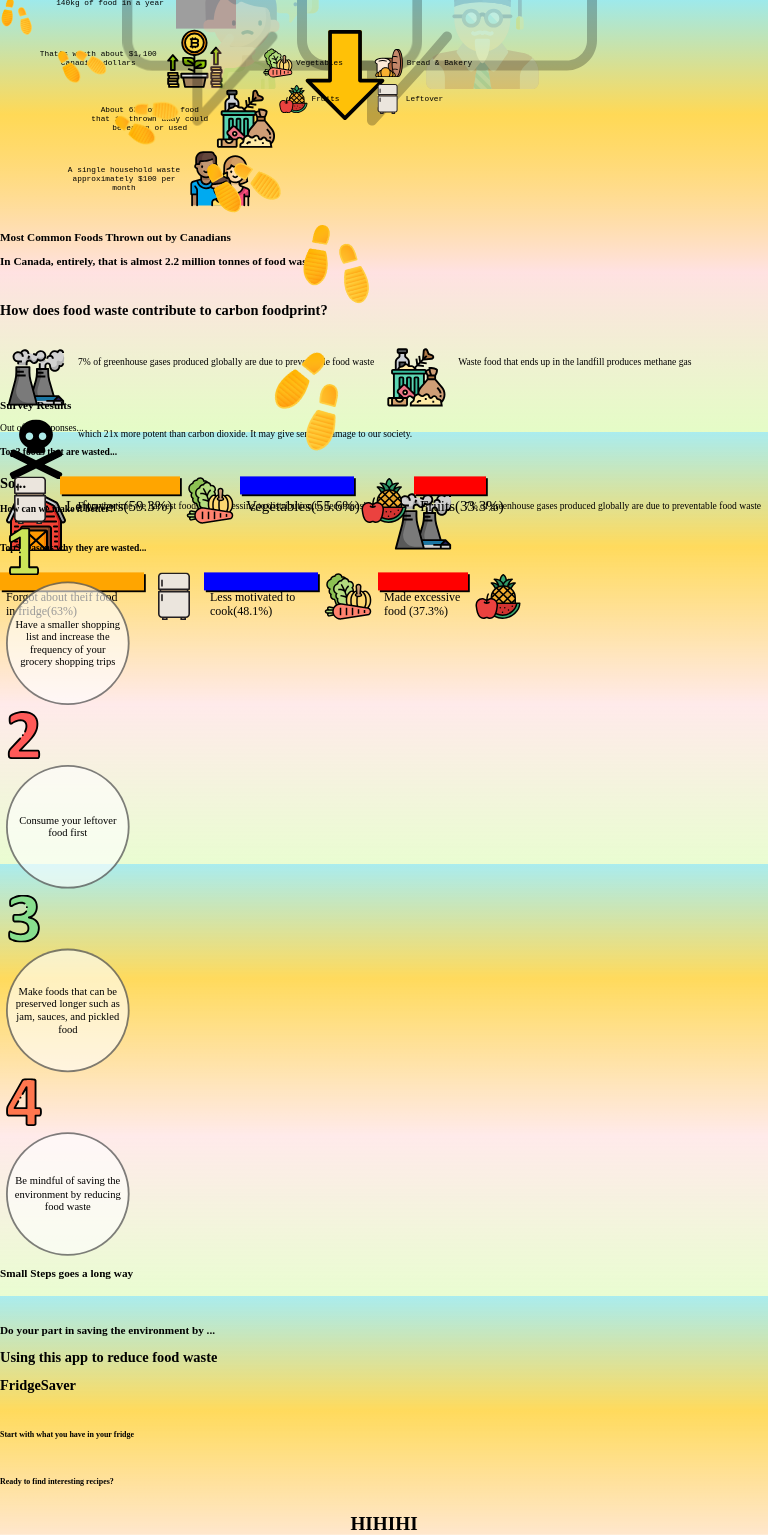
Repository: iorid3/Midterm
Page: index.html
An editor plug-in stored every save of this project. The page is shown before and after the next save, followed by the edit.
The browser window is 1280 px wide. The pictures show the whole page, at 60% of full size.
Pictures or frames that could not be fetched are drawn as grey boxes.

Above is the page before, as saved 2021-03-09 11:37:37.

After the next save:
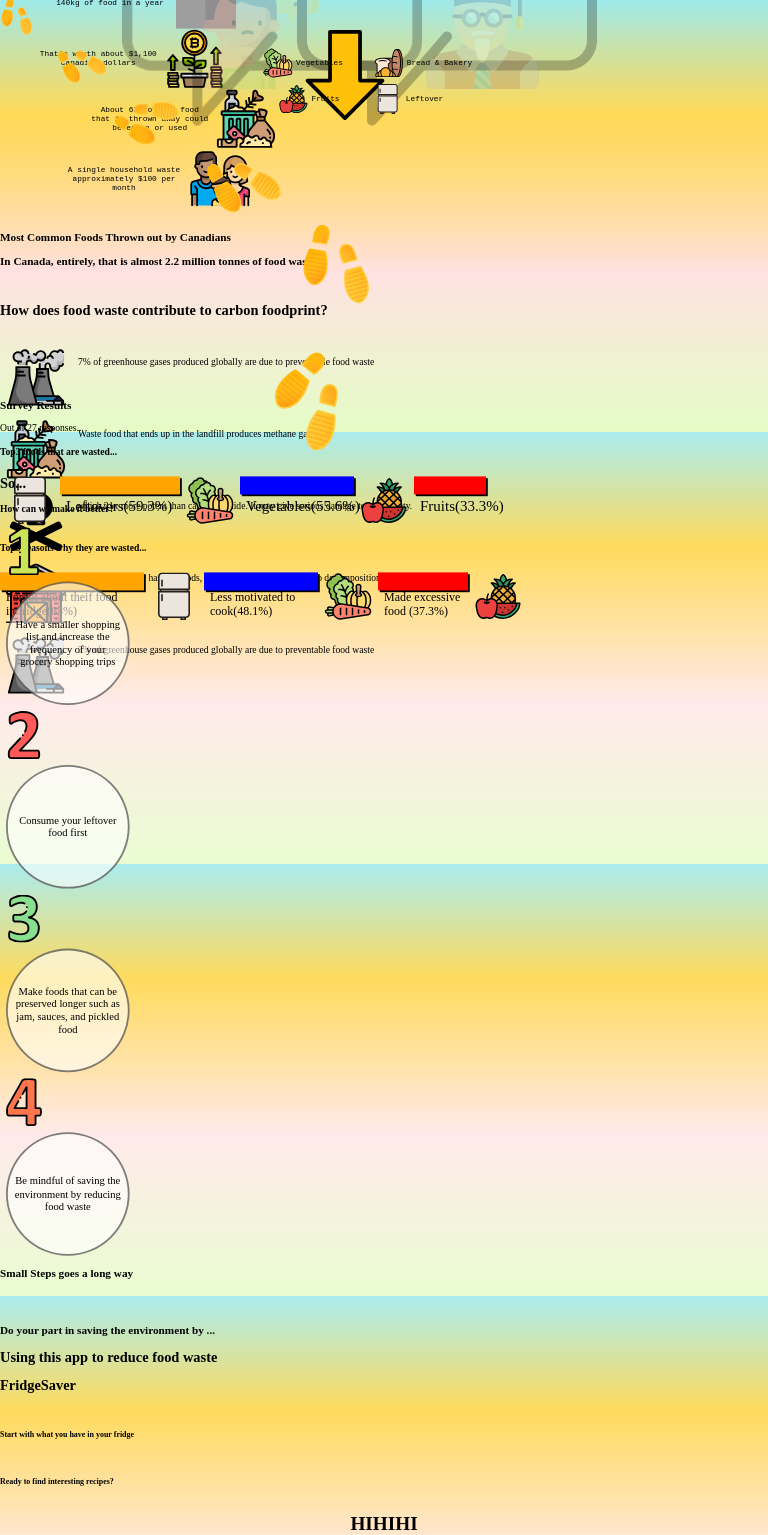
Saved 71 s later.
--- a/Comps/comp6/index.js
+++ b/Comps/comp6/index.js
@@ -1,6 +1,6 @@
 function Carboncomp(text =" 7% of greenhouse gases produced globally are due to preventable food waste", url= "images/factory.svg"){
     return `<div style = "
-                          display:inline-flex;
+                          display:flex;
                           ">
                          <div style = "display:flex;
                          padding:10px;">
